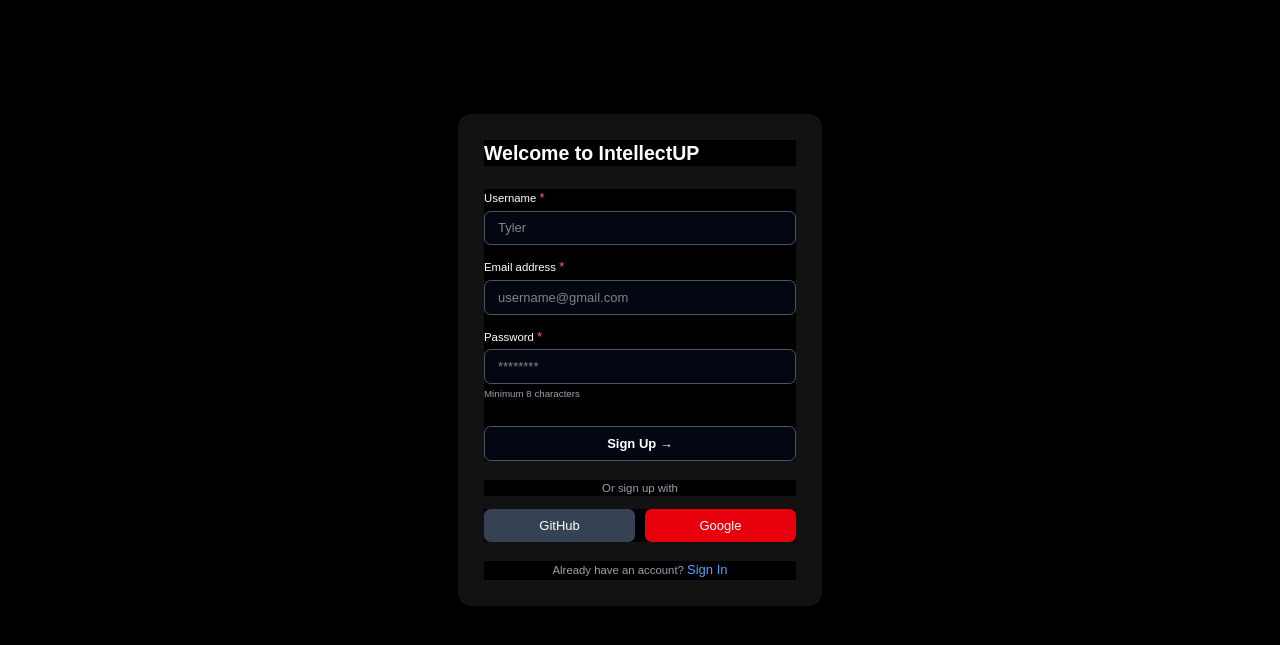
Repository: Meruem09/Briskly
Page: / (app in briskly/)
The author's editor kept a copy of each file at every save. The page is drawn from the files as they stood at one save, then again after the next save.
The browser window is 1280 px wide. The pictures show the whole page.
The page's requests for data from a server got no answer. The project was rebuilt for these pictures with package versions that can differ from the ones it lists, and the page was loaded fresh each time. Some packages were replaced by stand-ins written for this rebuild. No one was signed in, and anything a server would have sent is missing. Also part of the build but not shown: briskly/vite.config.js, briskly/src/component/SIgnInPage.jsx, briskly/src/component/Main.jsx, briskly/src/component/OnBoarding.jsx.

Above is the page before, as saved 2025-07-08 16:43:23.

After the next save:
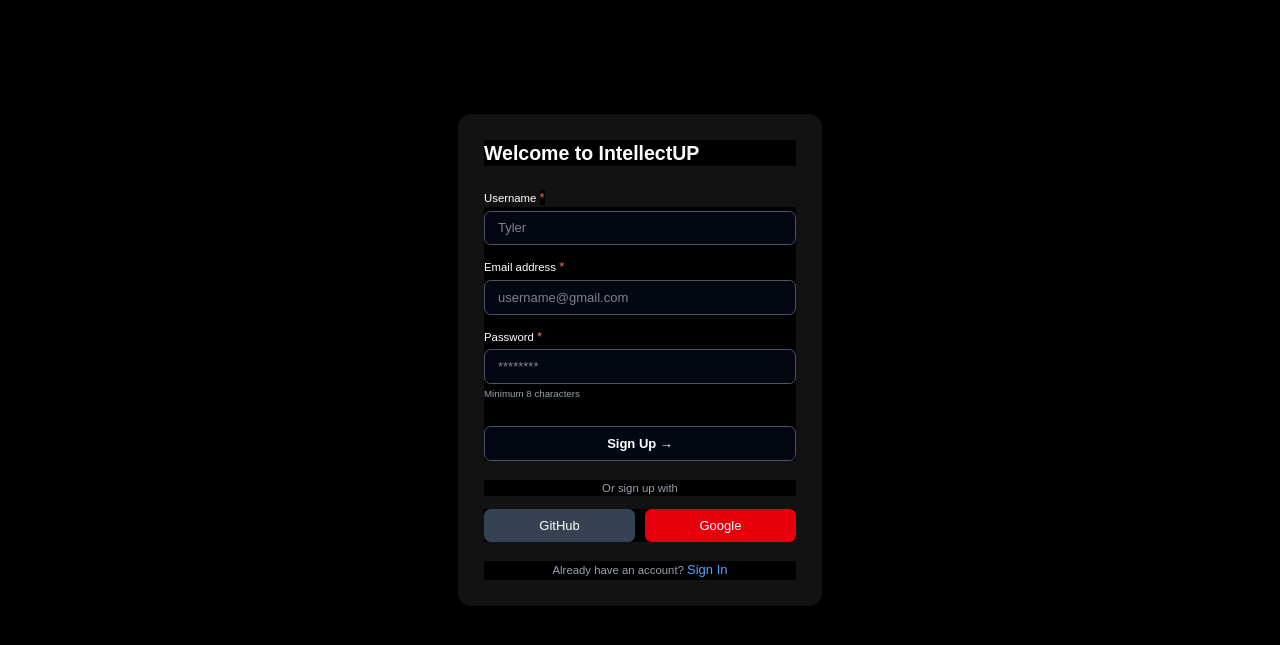
Saved 114 s later.
--- a/briskly/src/component/SignUpPage.jsx
+++ b/briskly/src/component/SignUpPage.jsx
@@ -208,7 +208,7 @@
 
         <form onSubmit={handleSignUp} className="space-y-4">
           <div>
-            <label className="block text-sm font-medium mb-1">
+            <label className="block text-sm bg-[#121212] font-medium mb-1">
               Username <span className="text-red-400">*</span>
             </label>
             <input

After the save that followed:
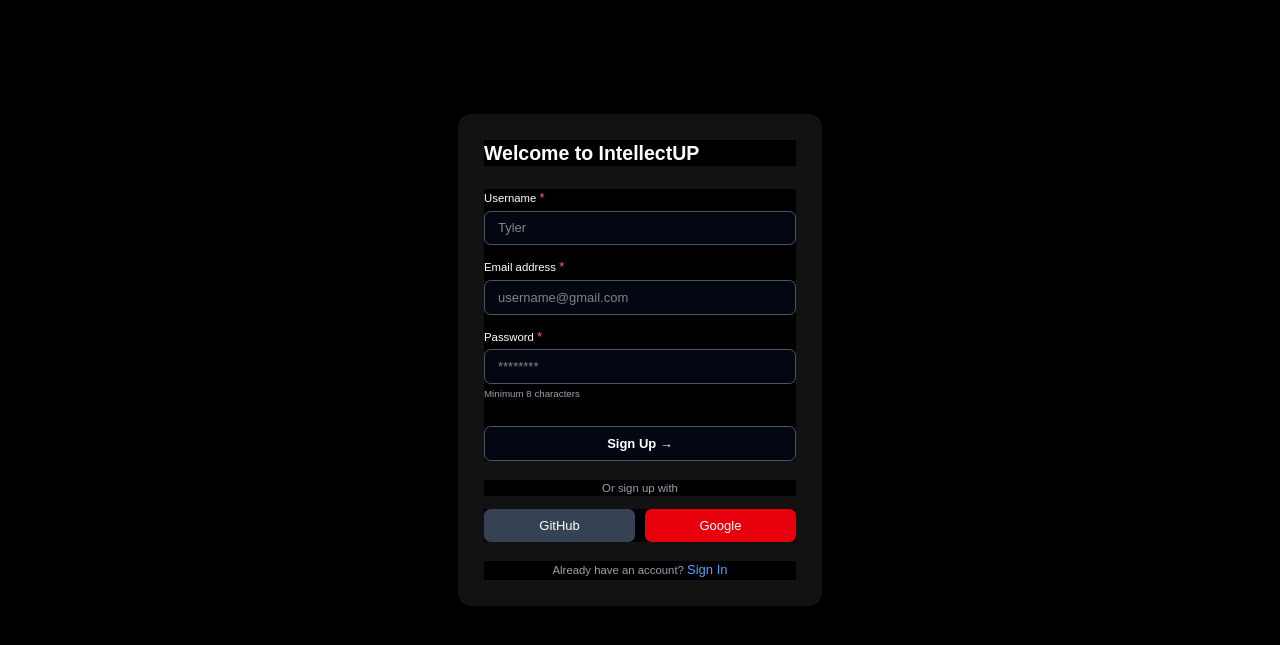
Saved 5 s later.
--- a/briskly/src/component/SignUpPage.jsx
+++ b/briskly/src/component/SignUpPage.jsx
@@ -208,7 +208,7 @@
 
         <form onSubmit={handleSignUp} className="space-y-4">
           <div>
-            <label className="block text-sm bg-[#121212] font-medium mb-1">
+            <label className="block text-sm  font-medium mb-1">
               Username <span className="text-red-400">*</span>
             </label>
             <input
